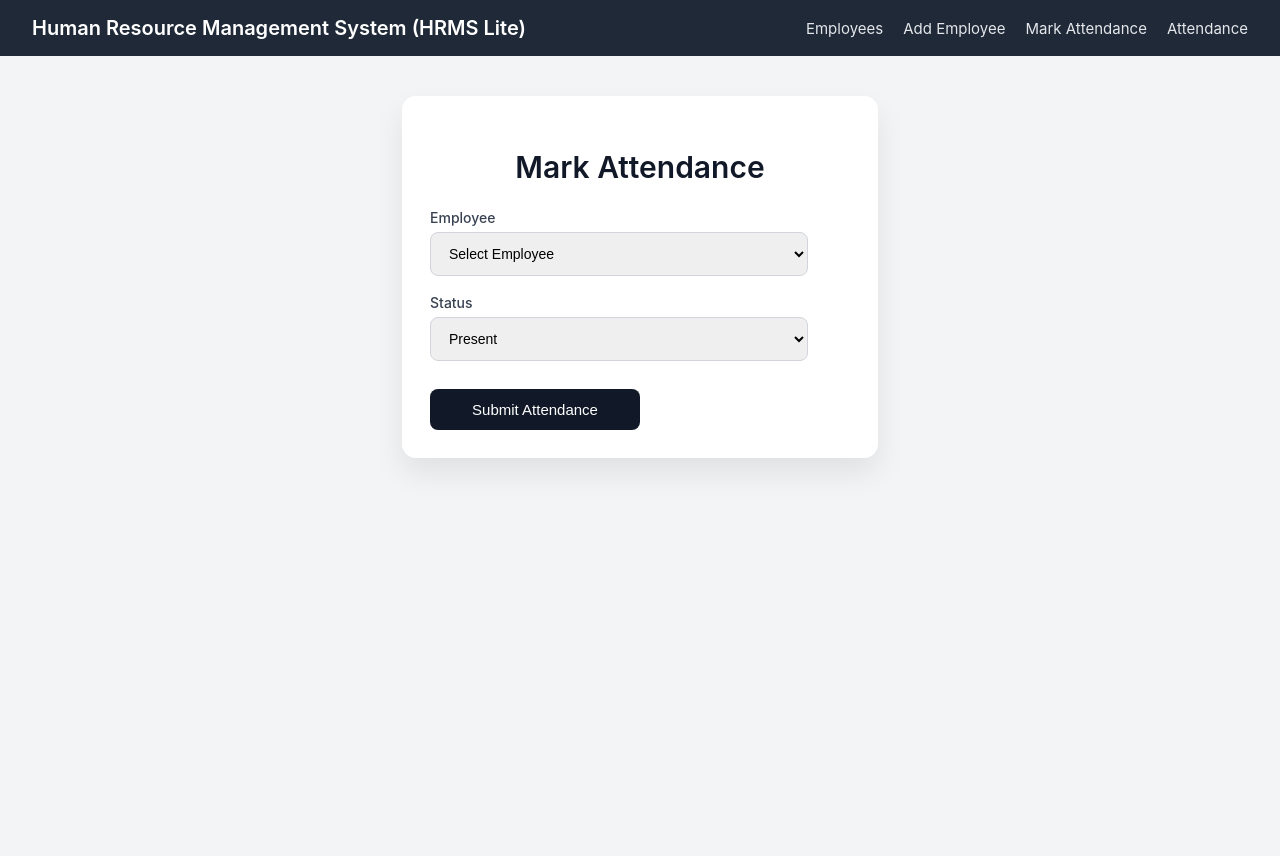
Repository: gautamsonam011/hrmsfrontend
Page: /attendance/add
The author's editor kept a copy of each file at every save. The page is drawn from the files as they stood at one save, then again after the next save.
The browser window is 1280 px wide. The pictures show the whole page.
The page's requests for data from a server got no answer. The project was rebuilt for these pictures with package versions that can differ from the ones it lists, and the page was loaded fresh each time. No one was signed in, and anything a server would have sent is missing. Also part of the build but not shown: src/components/Loader.jsx, src/components/EmptyState.jsx, src/pages/Employees.jsx, src/pages/AddEmployee.jsx, src/components/ErrorState.jsx, src/pages/Attendance.jsx.

Above is the page before, as saved 2026-01-31 20:02:23.

### public/index.html
<!DOCTYPE html>
<html lang="en">
  <head>
    <meta charset="utf-8" />
    <link rel="icon" href="%PUBLIC_URL%/favicon.ico" />
    <meta name="viewport" content="width=device-width, initial-scale=1" />
    <meta name="theme-color" content="#000000" />
    <meta
      name="description"
      content="Web site created using create-react-app"
    />
    <link rel="apple-touch-icon" href="%PUBLIC_URL%/logo192.png" />
    <!--
      manifest.json provides metadata used when your web app is installed on a
      user's mobile device or desktop. See https://developers.google.com/web/fundamentals/web-app-manifest/
    -->
    <link rel="manifest" href="%PUBLIC_URL%/manifest.json" />
    <!--
      Notice the use of %PUBLIC_URL% in the tags above.
      It will be replaced with the URL of the `public` folder during the build.
      Only files inside the `public` folder can be referenced from the HTML.

      Unlike "/favicon.ico" or "favicon.ico", "%PUBLIC_URL%/favicon.ico" will
      work correctly both with client-side routing and a non-root public URL.
      Learn how to configure a non-root public URL by running `npm run build`.
    -->
    <title>HRMS</title>
  </head>
  <body>
    <noscript>You need to enable JavaScript to run this app.</noscript>
    <div id="root"></div>
    <!--
      This HTML file is a template.
      If you open it directly in the browser, you will see an empty page.

      You can add webfonts, meta tags, or analytics to this file.
      The build step will place the bundled scripts into the <body> tag.

      To begin the development, run `npm start` or `yarn start`.
      To create a production bundle, use `npm run build` or `yarn build`.
    -->
  </body>
</html>

### src/App.js
import { BrowserRouter, Routes, Route } from "react-router-dom";
import "./style.css";
import Navbar from "./components/Navbar";
import Employees from "./pages/Employees";
import AddEmployee from "./pages/AddEmployee";
import Attendance from "./pages/Attendance";
import AddAttendance from "./pages/AddAttendance";

function App() {
  return (
    <BrowserRouter>
      <Navbar />
      <Routes>
        <Route path="/" element={<Employees />} />
        <Route path="/employees/add" element={<AddEmployee />} />
        <Route path="/attendance/add" element={<AddAttendance />} />
        <Route path="/attendance/:id" element={<Attendance />} />
      </Routes>
    </BrowserRouter>
  );
}

export default App;

### src/style.css

/* Global */
body {
  margin: 0;
  font-family: "Inter", system-ui, -apple-system, BlinkMacSystemFont;
  background-color: #f9fafb;
  color: #111827;
}

/* Page wrapper */
.page {
  padding: 24px;
}

/* Card */
.card {
  background: #ffffff;
  border-radius: 8px;
  padding: 20px;
  box-shadow: 0 4px 12px rgba(0, 0, 0, 0.05);
}

/* Headings */
.page-title {
  font-size: 22px;
  font-weight: 600;
  margin-bottom: 16px;
}

/* Buttons */
.btn {
  padding: 10px 16px;
  border-radius: 6px;
  border: none;
  cursor: pointer;
  font-size: 14px;
}

.btn-primary {
  background-color: #2563eb;
  color: white;
}

.btn-danger {
  background-color: #dc2626;
  color: white;
}

.btn-secondary {
  background-color: #e5e7eb;
}

/* Inputs */
.input,
.select {
  padding: 10px;
  border-radius: 6px;
  border: 1px solid #d1d5db;
  font-size: 14px;
  width: 100%;
}

.input:focus,
.select:focus {
  outline: none;
  border-color: #2563eb;
}

.form-grid {
  display: grid;
  grid-template-columns: repeat(auto-fit, minmax(220px, 1fr));
  gap: 16px;
}

.table {
  width: 90%;
  border-collapse: collapse;
  margin-top: 50px;
  margin:30px;
  background-color:#f8fcfc
}

.table th {
  text-align: left;
  background: #f3f4f6;
  padding: 12px;
  font-size: 13px;
  font-weight: 600;
}

.table td {
  padding: 12px;
  border-bottom: 1px solid #e5e7eb;
  font-size: 14px;
}

.table tr:hover {
  background-color: #f9fafb;
}

/* ===== Add Employee Form ===== */
.employee-form-wrapper {
  display: flex;
  justify-content: center;
  padding: 32px 16px;
}

.employee-form {
  background: #ffffff;
  width: 100%;
  max-width: 520px;
  padding: 28px;
  border-radius: 12px;
  box-shadow: 0 12px 28px rgba(0, 0, 0, 0.08);
}

.employee-form-title {
  font-size: 30px;
  font-weight: 600;
  text-align: center;
  margin-bottom: 24px;
  color: #111827;
}

/* Form fields */
.employee-form-group {
  margin-bottom: 18px;
}

.employee-input {
  width: 90%;
  padding: 12px 14px;
  font-size: 14px;
  border-radius: 8px;
  border: 1px solid #d1d5db;
  transition: all 0.2s ease;
}

.employee-input::placeholder {
  color: #9ca3af;
}

.employee-input:focus {
  outline: none;
  border-color: #1e6475;
  box-shadow: 0 0 0 2px rgba(37, 99, 235, 0.15);
}

/* Submit button */
.employee-submit-btn {
  width: 50%;
  padding: 12px;
  margin-top: 10px;
  font-size: 15px;
  font-weight: 500;
  border-radius: 8px;
  border: none;
  cursor: pointer;
  background-color: #111827;
  color: white;
  transition: background-color 0.2s ease;
}

.employee-submit-btn:hover {
  background-color: #1b2336;
}


/* ===== Attendance Page ===== */
.attendance-page {
  min-height: 100vh;
  background: #f3f4f6;
  display: flex;
  justify-content: center;
  align-items: flex-start;
  padding: 40px 16px;
}

/* Card */
.attendance-card {
  background: #ffffff;
  width: 100%;
  max-width: 420px;
  padding: 28px;
  border-radius: 14px;
  box-shadow: 0 15px 30px rgba(0, 0, 0, 0.08);
}

/* Title */
.attendance-title {
  text-align: center;
  font-size: 22px;
  font-weight: 600;
  margin-bottom: 24px;
  color: #111827;
}

/* Form groups */
.attendance-group {
  margin-bottom: 18px;
}

/* Labels */
.attendance-label {
  display: block;
  font-size: 14px;
  font-weight: 500;
  margin-bottom: 6px;
  color: #374151;
}

/* Inputs */
.attendance-select,
.attendance-input {
  width: 90%;
  padding: 12px 14px;
  font-size: 14px;
  border-radius: 8px;
  border: 1px solid #d1d5db;
  transition: all 0.2s ease;
}

.attendance-select:focus,
.attendance-input:focus {
  outline: none;
  border-color: #2563eb;
  box-shadow: 0 0 0 3px rgba(37, 99, 235, 0.15);
}

/* Button */
.attendance-btn {
  width: 100%;
  padding: 12px;
  background: #2563eb;
  color: #ffffff;
  border: none;
  border-radius: 8px;
  font-size: 15px;
  font-weight: 500;
  cursor: pointer;
  margin-top: 8px;
}

.attendance-btn:hover {
  background: #1e40af;
}

### src/components/Navbar.jsx
import { NavLink } from "react-router-dom";

export default function Navbar() {
  return (
    <nav style={styles.nav}>
      <h2 style={styles.logo}>Human Resource Management System (HRMS Lite)</h2>

      <div style={styles.links}>
        <NavLink to="/" style={styles.link}>
          Employees
        </NavLink>
        <NavLink to="/employees/add" style={styles.link}>
          Add Employee
        </NavLink>
        <NavLink to="/attendance/add" style={styles.link}>
          Mark Attendance
        </NavLink>
        <NavLink to="/attendance" style={styles.link}>
          Attendance
        </NavLink>
      </div>
    </nav>
  );
}

const styles = {
  nav: {
    display: "flex",
    justifyContent: "space-between",
    alignItems: "center",
    padding: "16px 32px",
    backgroundColor: "#1f2937",
    color: "#fff",
  },
  logo: {
    margin: 0,
    fontSize: "20px",
    fontWeight: "600",
  },
  links: {
    display: "flex",
    gap: "20px",
  },
  link: {
    color: "#e5e7eb",
    textDecoration: "none",
    fontSize: "15px",
  },
};

### src/pages/AddAttendance.jsx
import { useState, useEffect } from "react";
import { getEmployees } from "../api/employeeApi";
import { markAttendance } from "../api/attendanceApi";

export default function Attendance() {
  const [employees, setEmployees] = useState([]);
  const [data, setData] = useState({
    employee_id: "",
    status: "present",
  });

  useEffect(() => {
    getEmployees().then((res) => {
      setEmployees(res.data.data || []);
    });
  }, []);

  const submitAttendance = async () => {
    if (!data.employee_id) {
      alert("Please select employee");
      return;
    }

    try {
      await markAttendance({
        employee_id: data.employee_id,
        status: data.status,
      });

      alert("Attendance marked successfully");

      setData({
        employee_id: "",
        status: "present",
      });
    } catch (err) {
      alert("Already marked");
    }
  };

  return (
    <div className="attendance-page">
      <div className="attendance-card">
        <h2 className="employee-form-title">Mark Attendance</h2>

        {/* Employee */}
        <div className="attendance-group">
          <label className="attendance-label">Employee</label>
          <select
            className="attendance-select"
            value={data.employee_id}
            onChange={(e) =>
              setData({ ...data, employee_id: e.target.value })
            }
          >
            <option value="">Select Employee</option>
            {employees.map((emp) => (
              <option key={emp.employee_id} value={emp.employee_id}>
                {emp.employee_id} – {emp.full_name}
              </option>
            ))}
          </select>
        </div>

        {/* Status */}
        <div className="attendance-group">
          <label className="attendance-label">Status</label>
          <select
            className="attendance-select"
            value={data.status}
            onChange={(e) =>
              setData({ ...data, status: e.target.value })
            }
          >
            <option value="present">Present</option>
            <option value="absent">Absent</option>
          </select>
        </div>

        <button className="employee-submit-btn" onClick={submitAttendance}>
          Submit Attendance
        </button>
      </div>
    </div>
  );
}

### src/api/employeeApi.js
import api from "./axios";

export const getEmployees = () => api.get("/employees/");
export const addEmployee = (data) => api.post("/employees/", data);
export const deleteEmployee = (id) => api.delete(`/employees/${id}/`);

### src/api/axios.js
import axios from "axios";

const api = axios.create({
  baseURL: "http://127.0.0.1:8000/api/v1",
  headers: {
    "Content-Type": "application/json",
  },
});

export default api;

### src/api/attendanceApi.js
import api from "./axios";

export const markAttendance = (data) =>
  api.post("/attendance/", data);

export const getAttendanceByEmployee = (employeeId) =>
  api.get(`/attendance/${employeeId}/`);

Loaded but not shown: src/index.js (common file); src/index.css (common file); src/reportWebVitals.js (common file)

After the next save:
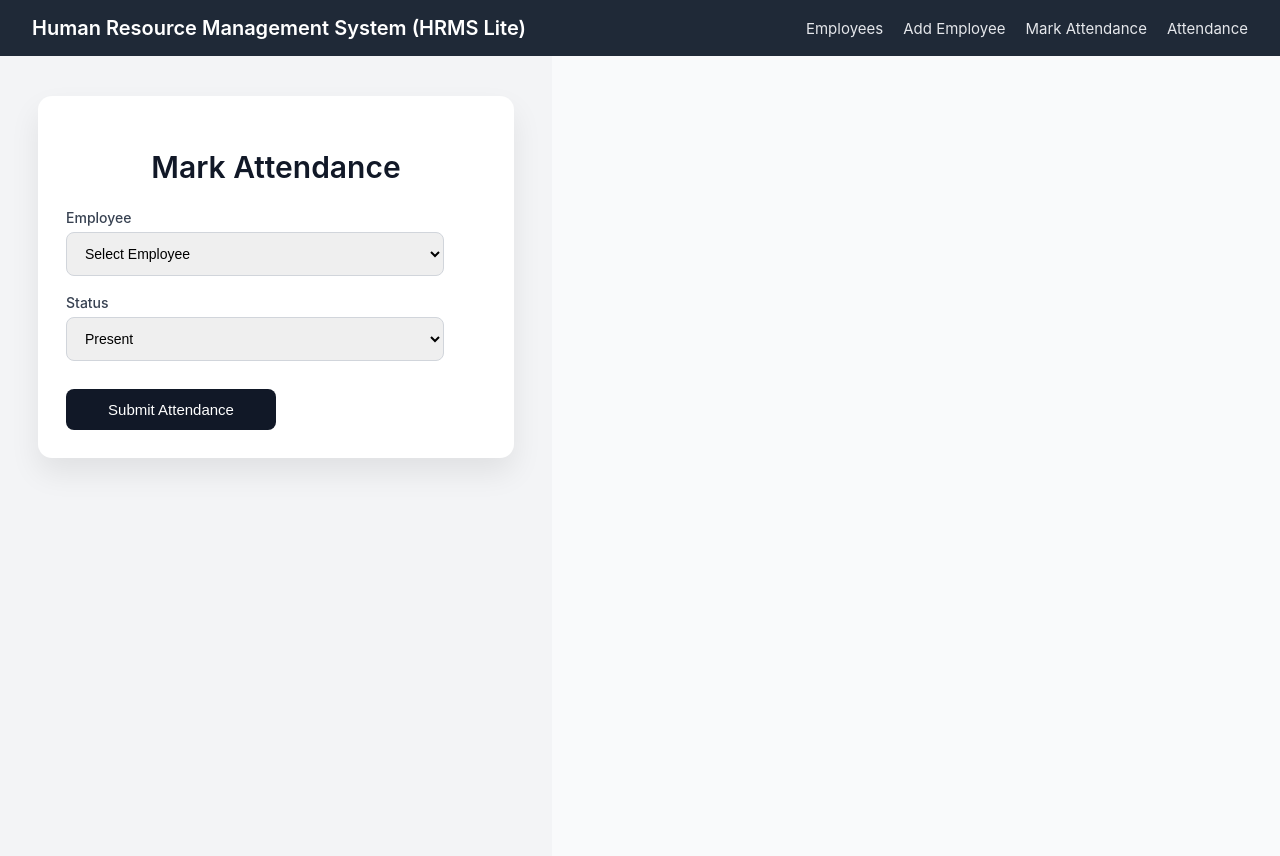
Saved 26 s later.
--- a/src/style.css
+++ b/src/style.css
@@ -174,6 +174,8 @@
   justify-content: center;
   align-items: flex-start;
   padding: 40px 16px;
+  width: 100%;
+  max-width: 520px;
 }
 
 /* Card */

After the save that followed:
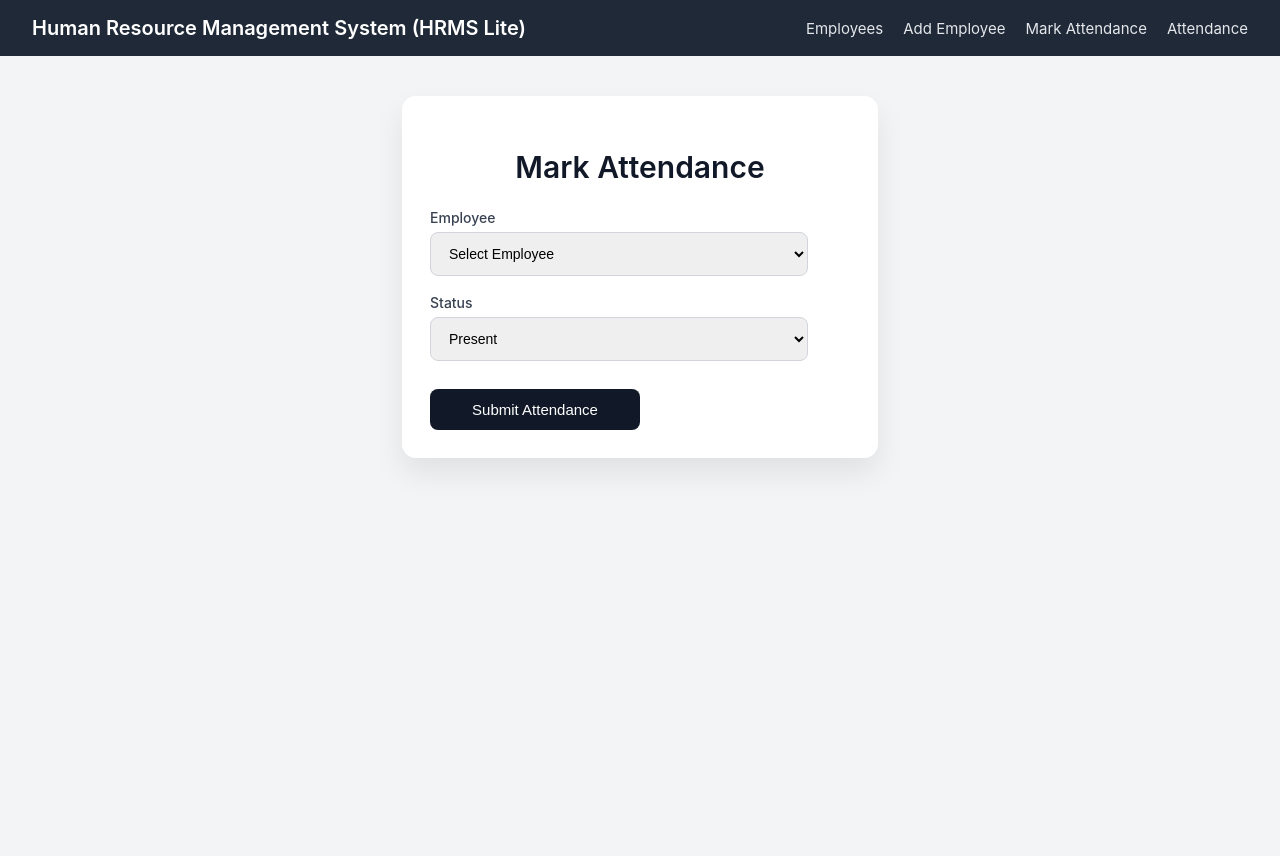
Saved 10 s later.
--- a/src/style.css
+++ b/src/style.css
@@ -174,8 +174,7 @@
   justify-content: center;
   align-items: flex-start;
   padding: 40px 16px;
-  width: 100%;
-  max-width: 520px;
+
 }
 
 /* Card */
